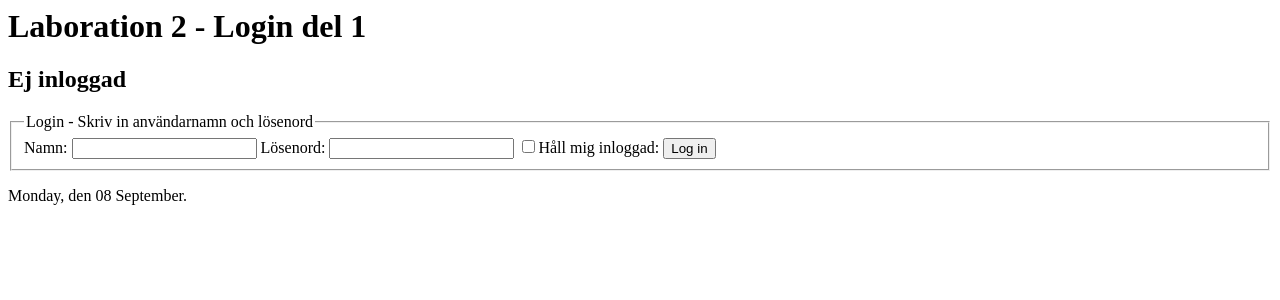
Repository: ed222an/1DV408-Laborationer
Page: http://localhost/
These files come from the project's save history. The page is drawn as it stood at one moment and after the next save; the edit follows.
The browser window is 1280 px wide. The pictures show the whole page.
The page is run by PHP 8.4 with error messages shown; the project is at /var/www/html/.

Above is the page before, as saved 2014-09-08 12:39:21.

After the next save:
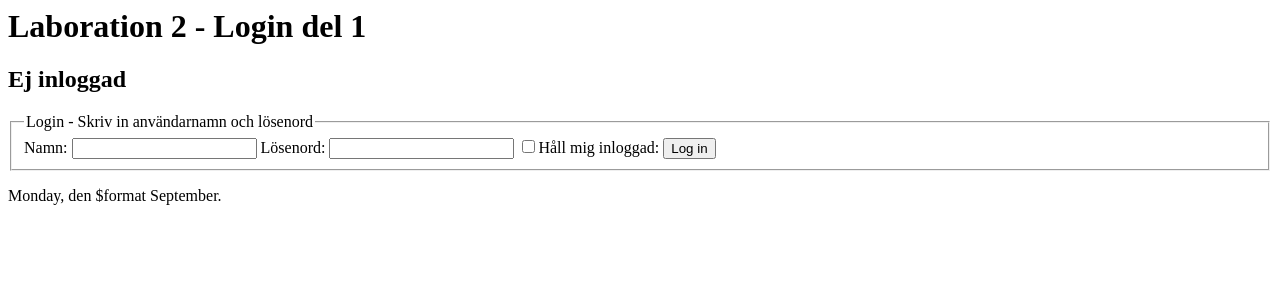
Saved 3 min 2 s later.
--- a/Labb2/Loginsystem/index.php
+++ b/Labb2/Loginsystem/index.php
@@ -1,5 +1,13 @@
 <?php
 	setlocale(LC_ALL , "swedish");
+
+	// Fixar formatet så att datumet anpassas för olika platformar.
+	$format = '%%e%%%e%%';
+
+	// Kontrollerar ifall windowsformatet används och ersätter %e med en fungerande del.
+	if (strtoupper(substr(PHP_OS, 0, 3)) == 'WIN') {
+    	$format = preg_replace('#(?<!%)((?:%%)*)%e#', '\1%#d', $format);
+}
 
 	echo "<html>
 			<head>
@@ -16,7 +24,7 @@
 						<button type='submit' form='loginForm' value='Submit'>Log in</button>
 					</fieldset>
 				</form>
-				" . strftime('%A, den %#d %B') . ".
+				" . strftime('%A, den $format %B') . ".
 			</body>
 		</html>";
 	//date('l jS \of F Y h:i:s')
